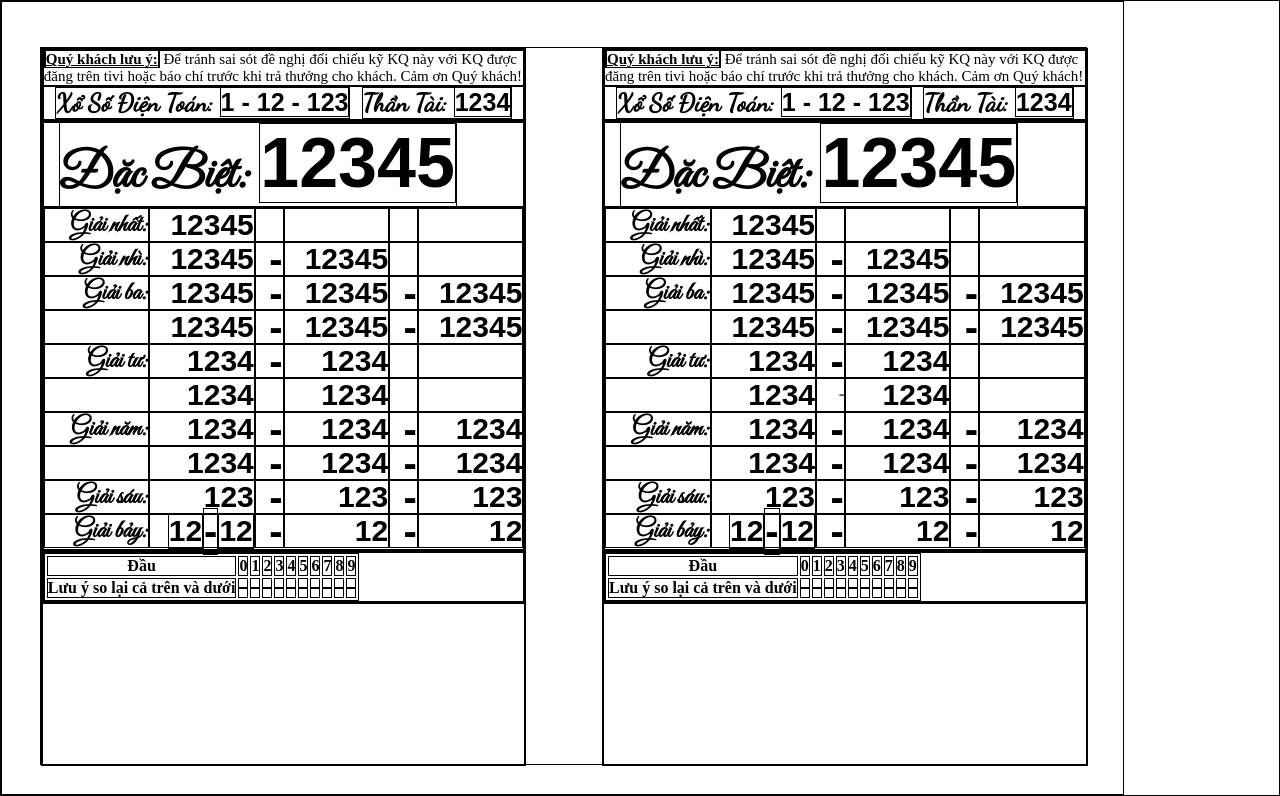
Repository: AnhDuc0125/xskt123
Page: index.html
The author's editor kept a copy of each file at every save. The page is drawn from the files as they stood at one save, then again after the next save.
The browser window is 1280 px wide. The pictures show the whole page.
Some web fonts or font styles are not loaded; a fallback is used.

Above is the page before, as saved 2022-01-29 17:36:54.

### index.html
<!DOCTYPE html>
<html lang="en">
  <head>
    <meta charset="UTF-8" />
    <meta http-equiv="X-UA-Compatible" content="IE=edge" />
    <meta name="viewport" content="width=device-width, initial-scale=1.0" />
    <link rel="stylesheet" href="style.css" />
    <title>Document</title>
  </head>
  <body>
    <div class="boxed__container">
      <div class="boxed--1">
        <div class="header">
          <div class="header--1">
            <b><u>Quý khách lưu ý:</u></b> Để tránh sai sót đề nghị đối chiếu kỹ
            KQ này với KQ được đăng trên tivi hoặc báo chí trước khi trả thưởng
            cho khách. Cảm ơn Quý khách!
          </div>
          <div class="header--2">
            <div class="dienToan">
              Xổ Số Điện Toán:
              <span id="data__dienToan--1">1 - 12 - 123</span>
            </div>
            <div class="thanTai">
              Thần Tài: <span id="data__thanTai--1">1234</span>
            </div>
          </div>
        </div>

        <div class="body">
          <div class="body--1">
            <div class="dacBiet">
              Đặc Biệt:
              <span id="data__dacBiet">12345</span>
            </div>
          </div>
          <div class="body--2">
            <!-- row1 -->
            <div class="body__item body__name">Giải nhất:</div>
            <div class="body__item data__body">12345</div>
            <div class="body__item"></div>
            <div class="body__item"></div>
            <div class="body__item"></div>
            <div class="body__item"></div>
            <!-- row2 -->
            <div class="body__item body__name">Giải nhì:</div>
            <div class="body__item data__body">12345</div>
            <div class="body__item space">-</div>
            <div class="body__item data__body">12345</div>
            <div class="body__item"></div>
            <div class="body__item"></div>
            <!-- row3 -->
            <div class="body__item body__name">Giải ba:</div>
            <div class="body__item data__body">12345</div>
            <div class="body__item space">-</div>
            <div class="body__item data__body">12345</div>
            <div class="body__item space">-</div>
            <div class="body__item data__body">12345</div>
            <!-- row4 -->
            <div class="body__item"></div>
            <div class="body__item data__body">12345</div>
            <div class="body__item space">-</div>
            <div class="body__item data__body">12345</div>
            <div class="body__item space">-</div>
            <div class="body__item data__body">12345</div>
            <!-- row5 -->
            <div class="body__item body__name">Giải tư:</div>
            <div class="body__item data__body">1234</div>
            <div class="body__item space">-</div>
            <div class="body__item data__body">1234</div>
            <div class="body__item"></div>
            <div class="body__item"></div>
            <!-- row6 -->
            <div class="body__item"></div>
            <div class="body__item data__body">1234</div>
            <div class="body__item"></div>
            <div class="body__item data__body">1234</div>
            <div class="body__item"></div>
            <div class="body__item"></div>
            <!-- row7 -->
            <div class="body__item body__name">Giải năm:</div>
            <div class="body__item data__body">1234</div>
            <div class="body__item space">-</div>
            <div class="body__item data__body">1234</div>
            <div class="body__item space">-</div>
            <div class="body__item data__body">1234</div>
            <!-- row8 -->
            <div class="body__item"></div>
            <div class="body__item data__body">1234</div>
            <div class="body__item space">-</div>
            <div class="body__item data__body">1234</div>
            <div class="body__item space">-</div>
            <div class="body__item data__body">1234</div>
            <!-- row9 -->
            <div class="body__item body__name">Giải sáu:</div>
            <div class="body__item data__body">123</div>
            <div class="body__item space">-</div>
            <div class="body__item data__body">123</div>
            <div class="body__item space">-</div>
            <div class="body__item data__body">123</div>
            <!-- row10 -->
            <div class="body__item body__name">Giải bảy:</div>
            <div class="body__item">
              <span class="data__body">12</span>
              <span class="space">-</span>
              <span class="data__body">12</span>
            </div>
            <div class="body__item space">-</div>
            <div class="body__item data__body">12</div>
            <div class="body__item space">-</div>
            <div class="body__item data__body">12</div>
          </div>
        </div>

        <div class="footer">
          <div class="footer--1">
            <table>
              <tr>
                <th class="head-footer1 fontStyle">Đầu</th>
                <th>0</th>
                <th>1</th>
                <th>2</th>
                <th>3</th>
                <th>4</th>
                <th>5</th>
                <th>6</th>
                <th>7</th>
                <th>8</th>
                <th>9</th>
              </tr>
              <tr class="tr-class">
                <th class="head-footer">Lưu ý so lại cả trên và dưới</th>
                <th class="data-fill-table">
                  <ul id="col-0"></ul>
                </th>
                <th class="data-fill-table">
                  <ul id="col-1"></ul>
                </th>
                <th class="data-fill-table">
                  <ul id="col-2"></ul>
                </th>
                <th class="data-fill-table">
                  <ul id="col-3"></ul>
                </th>
                <th class="data-fill-table">
                  <ul id="col-4"></ul>
                </th>
                <th class="data-fill-table">
                  <ul id="col-5"></ul>
                </th>
                <th class="data-fill-table">
                  <ul id="col-6"></ul>
                </th>
                <th class="data-fill-table">
                  <ul id="col-7"></ul>
                </th>
                <th class="data-fill-table">
                  <ul id="col-8"></ul>
                </th>
                <th class="data-fill-table">
                  <ul id="col-9"></ul>
                </th>
              </tr>
            </table>
          </div>
          <div class="footer--2"></div>
        </div>
      </div>
      <div class="boxed--2">
        <div class="header">
          <div class="header--1">
            <b><u>Quý khách lưu ý:</u></b> Để tránh sai sót đề nghị đối chiếu kỹ
            KQ này với KQ được đăng trên tivi hoặc báo chí trước khi trả thưởng
            cho khách. Cảm ơn Quý khách!
          </div>
          <div class="header--2">
            <div class="dienToan">
              Xổ Số Điện Toán:
              <span id="data__dienToan--2">1 - 12 - 123</span>
            </div>
            <div class="thanTai">
              Thần Tài: <span id="data__thanTai--2">1234</span>
            </div>
          </div>
        </div>

        <div class="body">
          <div class="body--1">
            <div class="dacBiet">
              Đặc Biệt:
              <span id="data__dacBiet">12345</span>
            </div>
          </div>
          <div class="body--2">
            <!-- row1 -->
            <div class="body__item body__name">Giải nhất:</div>
            <div class="body__item data__body">12345</div>
            <div class="body__item"></div>
            <div class="body__item"></div>
            <div class="body__item"></div>
            <div class="body__item"></div>
            <!-- row2 -->
            <div class="body__item body__name">Giải nhì:</div>
            <div class="body__item data__body">12345</div>
            <div class="body__item space">-</div>
            <div class="body__item data__body">12345</div>
            <div class="body__item"></div>
            <div class="body__item"></div>
            <!-- row3 -->
            <div class="body__item body__name">Giải ba:</div>
            <div class="body__item data__body">12345</div>
            <div class="body__item space">-</div>
            <div class="body__item data__body">12345</div>
            <div class="body__item space">-</div>
            <div class="body__item data__body">12345</div>
            <!-- row4 -->
            <div class="body__item"></div>
            <div class="body__item data__body">12345</div>
            <div class="body__item space">-</div>
            <div class="body__item data__body">12345</div>
            <div class="body__item space">-</div>
            <div class="body__item data__body">12345</div>
            <!-- row5 -->
            <div class="body__item body__name">Giải tư:</div>
            <div class="body__item data__body">1234</div>
            <div class="body__item space">-</div>
            <div class="body__item data__body">1234</div>
            <div class="body__item"></div>
            <div class="body__item"></div>
            <!-- row6 -->
            <div class="body__item"></div>
            <div class="body__item data__body">1234</div>
            <div class="body__item">-</div>
            <div class="body__item data__body">1234</div>
            <div class="body__item"></div>
            <div class="body__item"></div>
            <!-- row7 -->
            <div class="body__item body__name">Giải năm:</div>
            <div class="body__item data__body">1234</div>
            <div class="body__item space">-</div>
            <div class="body__item data__body">1234</div>
            <div class="body__item space">-</div>
            <div class="body__item data__body">1234</div>
            <!-- row8 -->
            <div class="body__item"></div>
            <div class="body__item data__body">1234</div>
            <div class="body__item space">-</div>
            <div class="body__item data__body">1234</div>
            <div class="body__item space">-</div>
            <div class="body__item data__body">1234</div>
            <!-- row9 -->
            <div class="body__item body__name">Giải sáu:</div>
            <div class="body__item data__body">123</div>
            <div class="body__item space">-</div>
            <div class="body__item data__body">123</div>
            <div class="body__item space">-</div>
            <div class="body__item data__body">123</div>
            <!-- row10 -->
            <div class="body__item body__name">Giải bảy:</div>
            <div class="body__item">
              <span class="data__body">12</span>
              <span class="space">-</span>
              <span class="data__body">12</span>
            </div>
            <div class="body__item space">-</div>
            <div class="body__item data__body">12</div>
            <div class="body__item space">-</div>
            <div class="body__item data__body">12</div>
          </div>
        </div>

        <div class="footer">
          <div class="footer--1">
            <table>
              <tr>
                <th class="head-footer1 fontStyle">Đầu</th>
                <th>0</th>
                <th>1</th>
                <th>2</th>
                <th>3</th>
                <th>4</th>
                <th>5</th>
                <th>6</th>
                <th>7</th>
                <th>8</th>
                <th>9</th>
              </tr>
              <tr class="tr-class">
                <th class="head-footer">Lưu ý so lại cả trên và dưới</th>
                <th class="data-fill-table">
                  <ul id="col-0--1"></ul>
                </th>
                <th class="data-fill-table">
                  <ul id="col-1--1"></ul>
                </th>
                <th class="data-fill-table">
                  <ul id="col-2--1"></ul>
                </th>
                <th class="data-fill-table">
                  <ul id="col-3--1"></ul>
                </th>
                <th class="data-fill-table">
                  <ul id="col-4--1"></ul>
                </th>
                <th class="data-fill-table">
                  <ul id="col-5--1"></ul>
                </th>
                <th class="data-fill-table">
                  <ul id="col-6--1"></ul>
                </th>
                <th class="data-fill-table">
                  <ul id="col-7--1"></ul>
                </th>
                <th class="data-fill-table">
                  <ul id="col-8--1"></ul>
                </th>
                <th class="data-fill-table">
                  <ul id="col-9--1"></ul>
                </th>
              </tr>
            </table>
          </div>
          <div class="footer--2"></div>
        </div>
      </div>
    </div>
  </body>
</html>

### style.css
@import url("https://fonts.googleapis.com/css2?family=Great+Vibes&display=swap");
@import url("https://fonts.googleapis.com/css2?family=Dancing+Script&display=swap");
@import url("https://fonts.googleapis.com/css2?family=Andada+Pro:ital,wght@1,800&display=swap");

* {
  margin: 0;
  padding: 0;
  box-sizing: border-box;
  border: 1px solid black;
}

body {
  width: 29.7cm;
  height: 21cm;
}

.boxed__container {
  width: 27.7cm;
  height: 19cm;
  margin: 1.2cm 1cm 0.8cm;
  display: grid;
  grid-template-columns: 12.85cm 12.85cm;
  grid-template-rows: 19cm;
  column-gap: 2cm;
}

.boxed--1,
.boxed--2 {
  width: 12.85cm;
  height: 19cm;
}

/* header css*/
.header {
  width: 100%;
  height: 10%;
}

.header--1 {
  font-size: 15px;
}

.header--2 {
  font-family: "Dancing Script", cursive;
  font-weight: bold;
  font-size: 25px;
  display: flex;
  justify-content: space-evenly;
}

/* data css */
#data__dienToan--1,
#data__thanTai--1,
#data__dienToan--2,
#data__thanTai--2,
#data__dacBiet,
.data__body {
  font-family: arial;
}

#data__dacBiet {
  font-size: 70px;
}

.space {
  font-family: Arial, Helvetica, sans-serif;
  font-size: 40px;
}

.data__body {
  font-size: 30px;
}

/* body css*/
.body {
  width: 100%;
  height: 60%;
  font-family: "Great Vibes", cursive;
  font-weight: bold;
}

.body--1 {
  width: 100%;
  height: 20%;
  display: flex;
  align-items: center;
}

.body--1 .dacBiet {
  font-size: 50px;
  margin-left: 15px;
}

.body--2 {
  width: 100%;
  height: 80%;
  display: grid;
  grid-template-columns: 22% 22% 6% 22% 6% 22%;
  grid-template-rows: 10% 10% 10% 10% 10% 10% 10% 10% 10% 10%;
}

.body--2 .body__item {
  display: flex;
  justify-content: right;
  align-items: center;
}

.body--2 .body__item.body__name {
  font-size: 25px;
}

/* .body--2 .body__item.data__body {
  text-align: right;
} */

.footer {
  width: 100%;
  height: 30%;
}

After the next save:
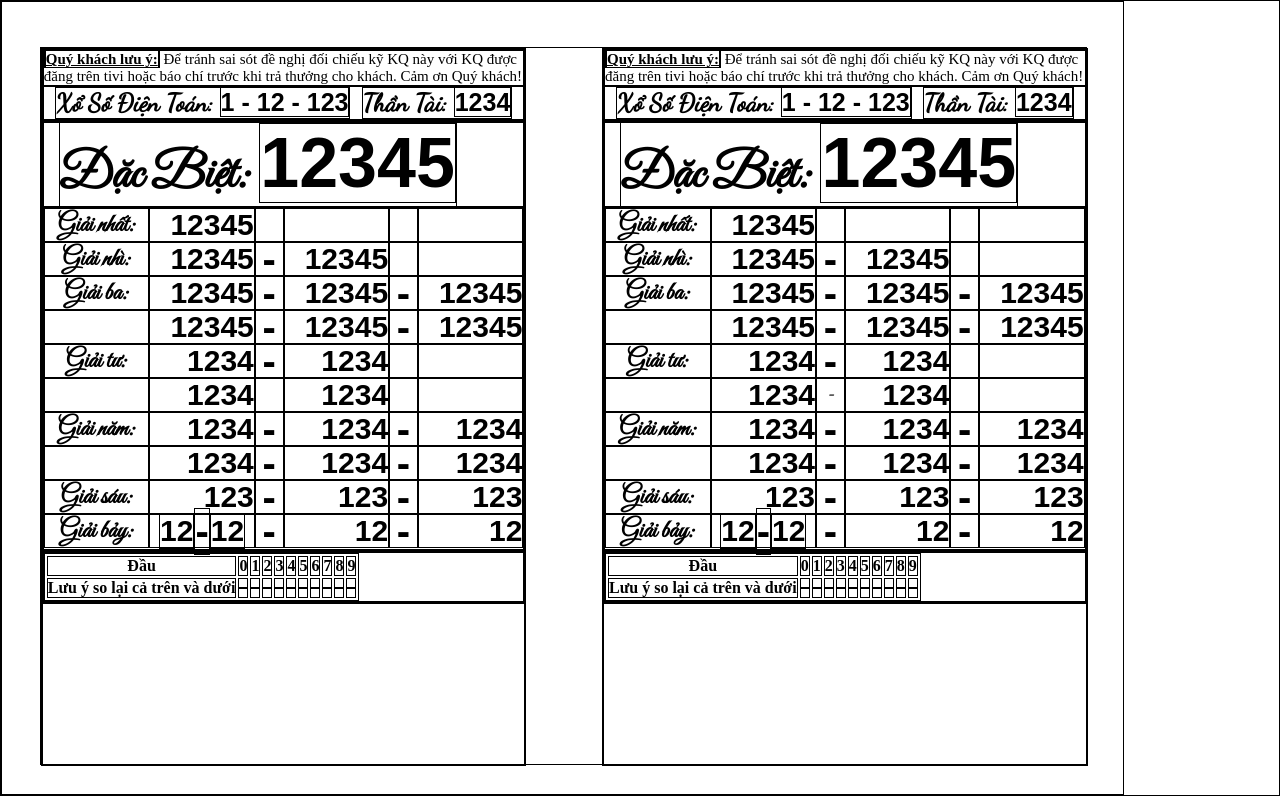
Saved 16 s later.
--- a/style.css
+++ b/style.css
@@ -101,7 +101,7 @@ body {
 
 .body--2 .body__item {
   display: flex;
-  justify-content: right;
+  justify-content: center;
   align-items: center;
 }
 
@@ -109,9 +109,9 @@ body {
   font-size: 25px;
 }
 
-/* .body--2 .body__item.data__body {
-  text-align: right;
-} */
+.body--2 .body__item.data__body {
+  justify-content: right;
+}
 
 .footer {
   width: 100%;
